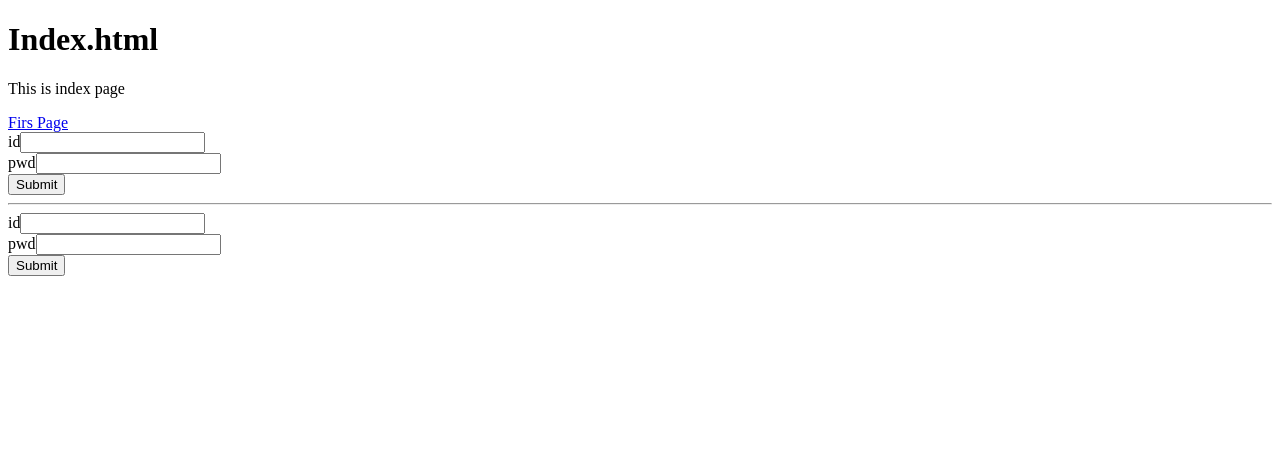
Repository: zlzlzb/EduNodeJS
Page: day3/public/index.html
An editor plug-in stored every save of this project. The page is shown before and after the next save, followed by the edit.
The browser window is 1280 px wide. The pictures show the whole page.

Above is the page before, as saved 2017-06-14 02:16:40.

### day3/public/index.html
<!DOCTYPE html>
<html>
<head>
<meta charset="EUC-KR">
<title>Index HTML</title>
</head>
<body>
	<h1>Index.html</h1>
	<p>This is index page</p>
	<a href="first.html">Firs Page</a>

	<form action="Login" method="get">
		<label>id</label><input name="id"/><br/>
		<label>pwd</label><input name="pwd" type="password"/><br/>
		<input type = 'submit'/>
	</form>
	<hr/>
	<form action="Login" method="post">
		<label>id</label><input name="id"/><br/>
		<label>pwd</label><input name="pwd" type="password"/><br/>
		<input type = 'submit'/>
	</form>


</body>
</html>

After the next save:
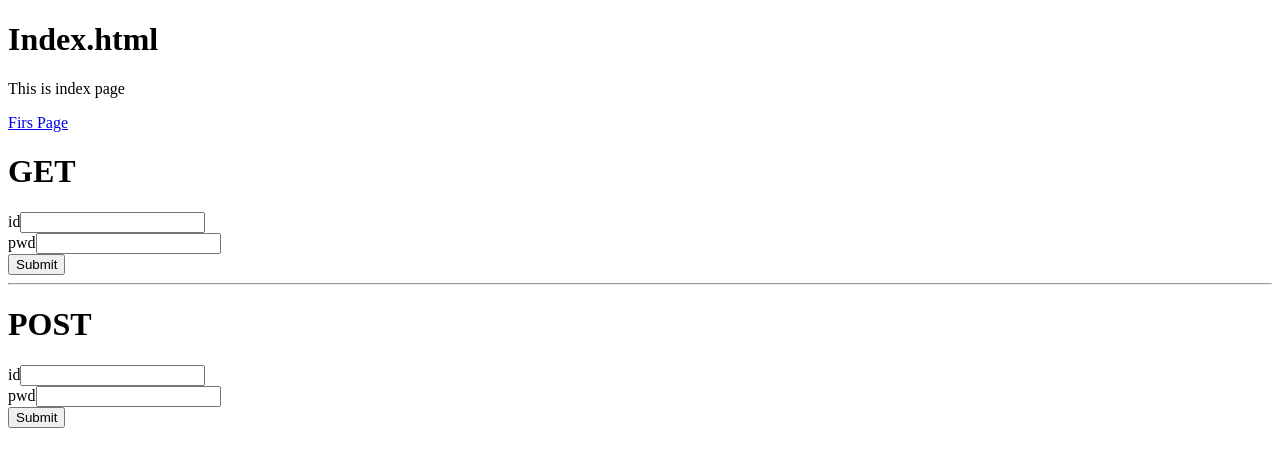
Saved 93 s later.
--- a/day3/public/index.html
+++ b/day3/public/index.html
@@ -8,13 +8,14 @@
 	<h1>Index.html</h1>
 	<p>This is index page</p>
 	<a href="first.html">Firs Page</a>
-
+	<h1>GET</h1>
 	<form action="Login" method="get">
 		<label>id</label><input name="id"/><br/>
 		<label>pwd</label><input name="pwd" type="password"/><br/>
 		<input type = 'submit'/>
 	</form>
 	<hr/>
+	<h1>POST</h1>
 	<form action="Login" method="post">
 		<label>id</label><input name="id"/><br/>
 		<label>pwd</label><input name="pwd" type="password"/><br/>
